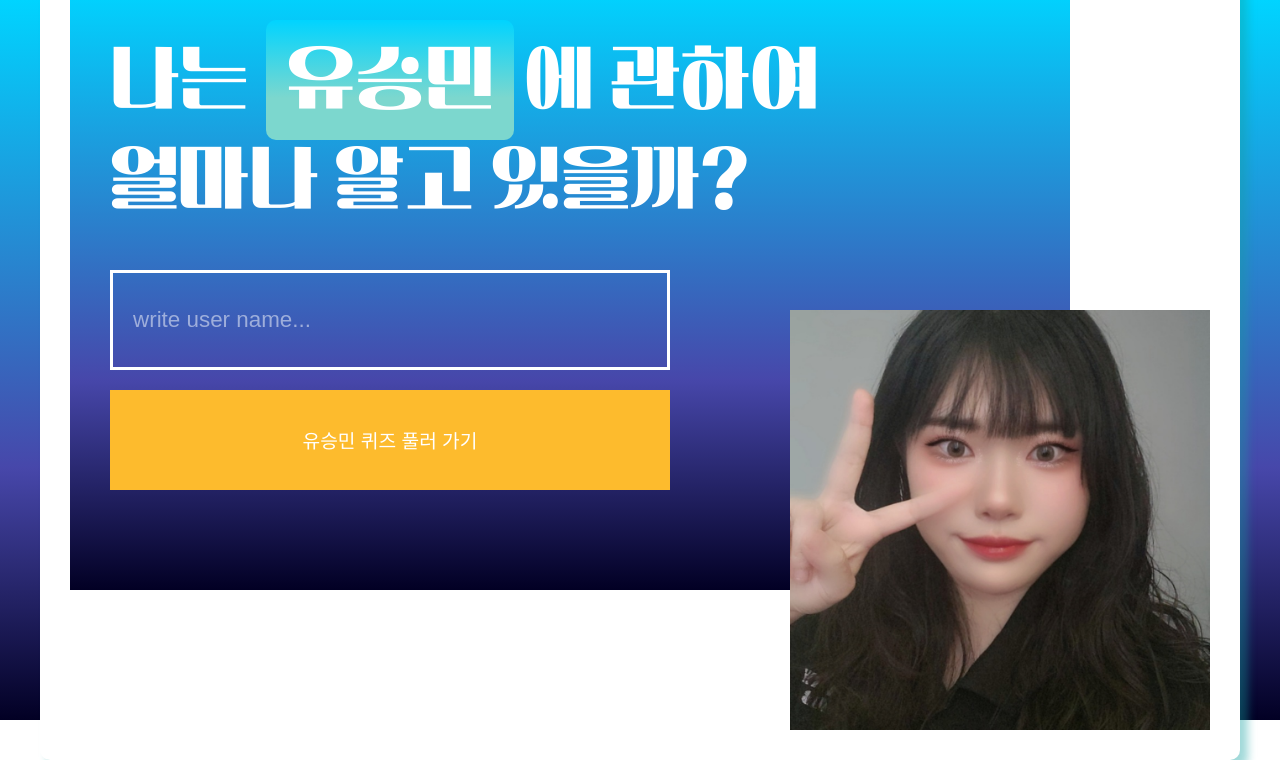
Repository: dnjfht/quiz3
Page: /
These files come from the project's save history. The page is drawn as it stood at one moment and after the next save; the edit follows.
The browser window is 1280 px wide. The pictures show the whole page.
The project was rebuilt for these pictures with package versions that can differ from the ones it lists, and the page was loaded fresh each time. Also part of the build but not shown: src/components/Progress.js, src/components/Quiz.js, src/components/Score.js, src/components/Message.js, src/components/Ranking.js, src/components/NotPage.js.

Above is the page before, as saved 2023-04-15 23:12:49.

After the next save:
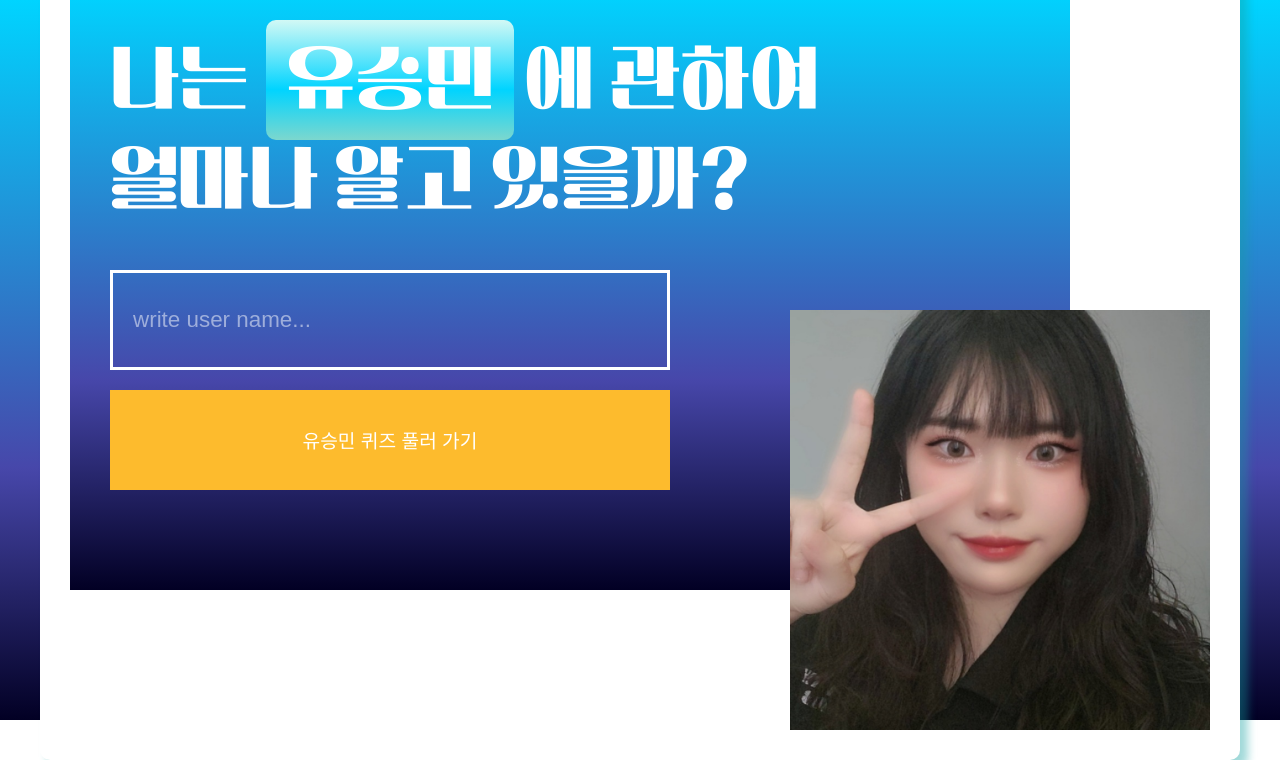
Saved 36 s later.
--- a/src/components/Start.js
+++ b/src/components/Start.js
@@ -43,8 +43,9 @@
     background: rgb(124, 215, 206);
     background: linear-gradient(
       0deg,
-      rgba(124, 215, 206, 1) 35%,
-      rgba(0, 212, 255, 1) 100%
+      rgba(124, 215, 206, 1) 0%,
+      rgba(0, 212, 255, 1) 42%,
+      rgba(210, 249, 245, 1) 100%
     );
     border-radius: 10px;
   }

After the save that followed:
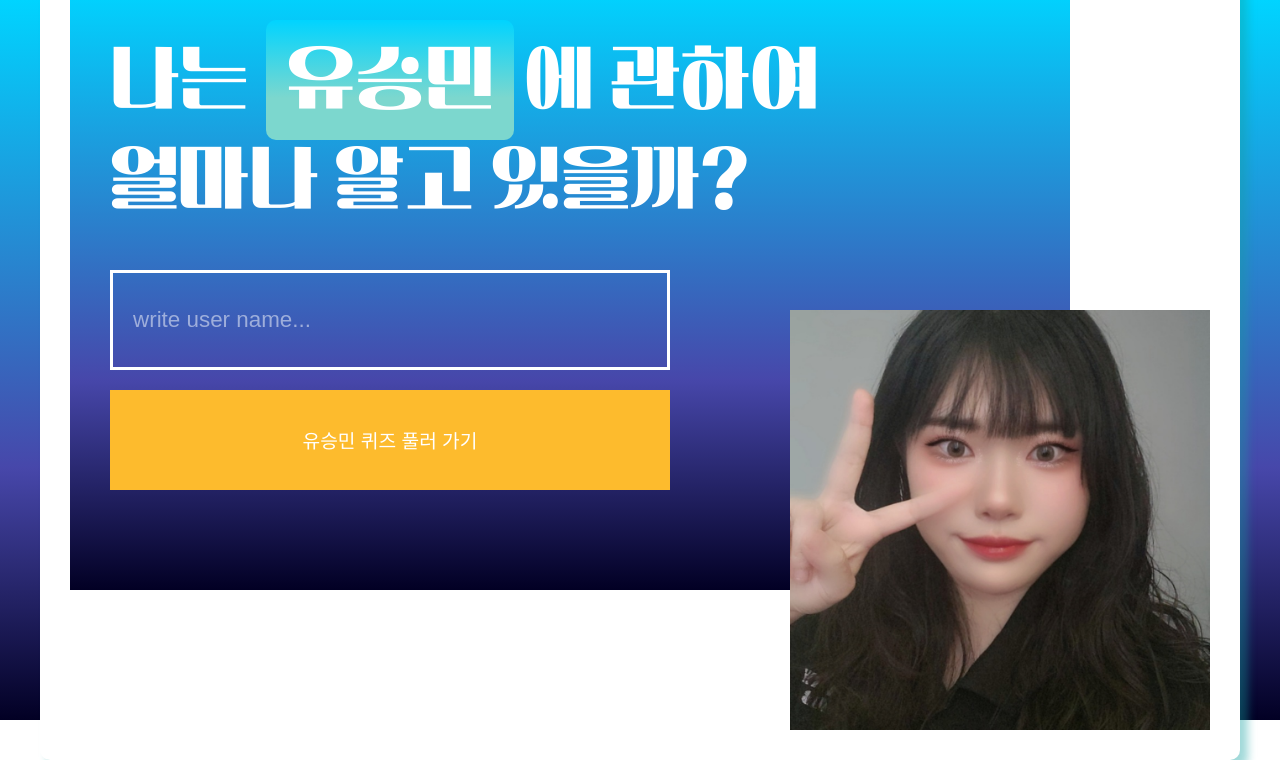
Saved 10 s later.
--- a/src/components/Start.js
+++ b/src/components/Start.js
@@ -43,9 +43,8 @@
     background: rgb(124, 215, 206);
     background: linear-gradient(
       0deg,
-      rgba(124, 215, 206, 1) 0%,
-      rgba(0, 212, 255, 1) 42%,
-      rgba(210, 249, 245, 1) 100%
+      rgba(124, 215, 206, 1) 35%,
+      rgba(0, 212, 255, 1) 100%
     );
     border-radius: 10px;
   }
